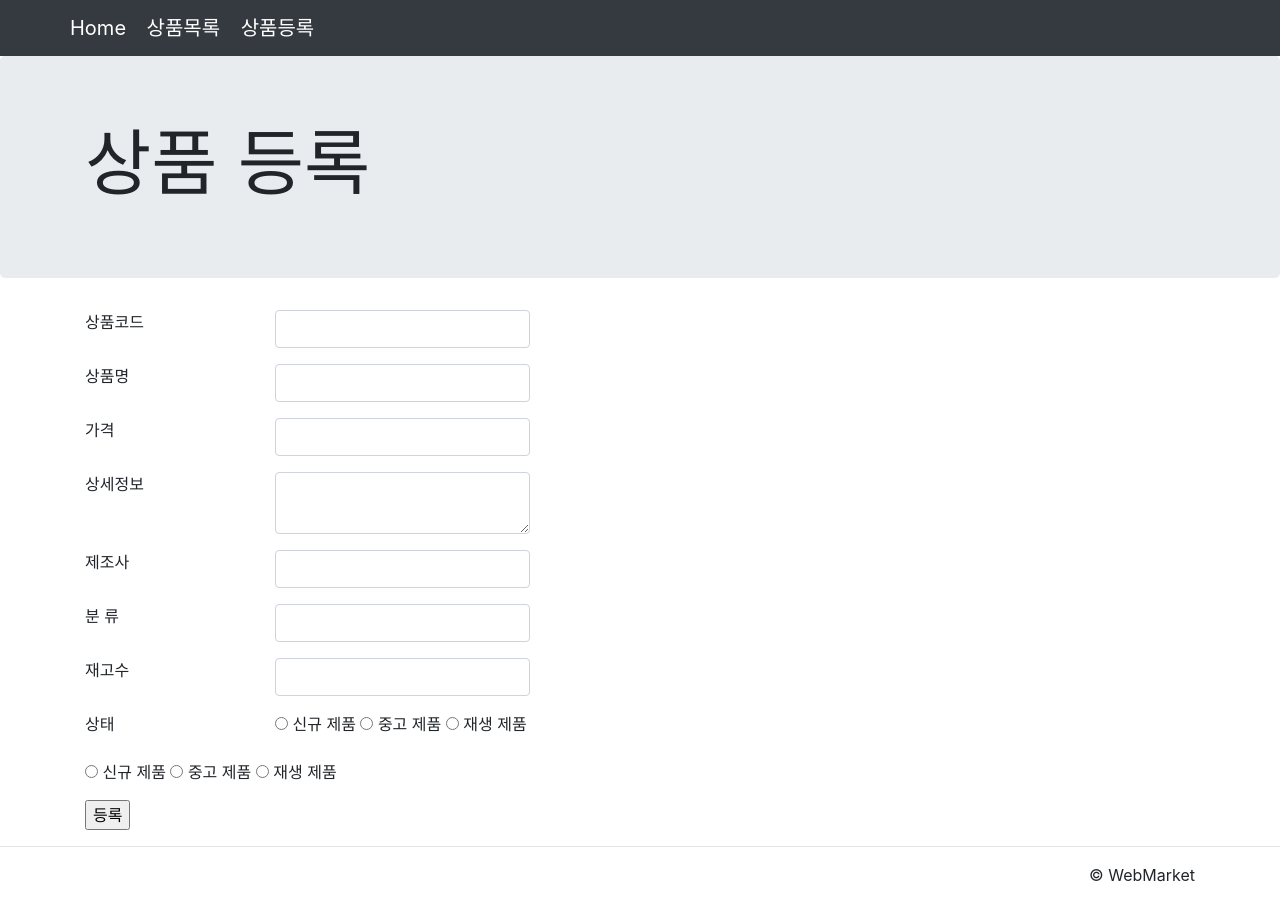
Repository: mi-ci/ai
Page: http://localhost/WebMarket/addProduct.jsp
An editor plug-in stored every save of this project. The page is shown before and after a run of saves, followed by the edit.
The browser window is 1280 px wide. The pictures show the whole page.
The page is served by Tomcat 9.

Above is the page before, as saved 2024-01-19 07:37:34.

After the next 3 saves:
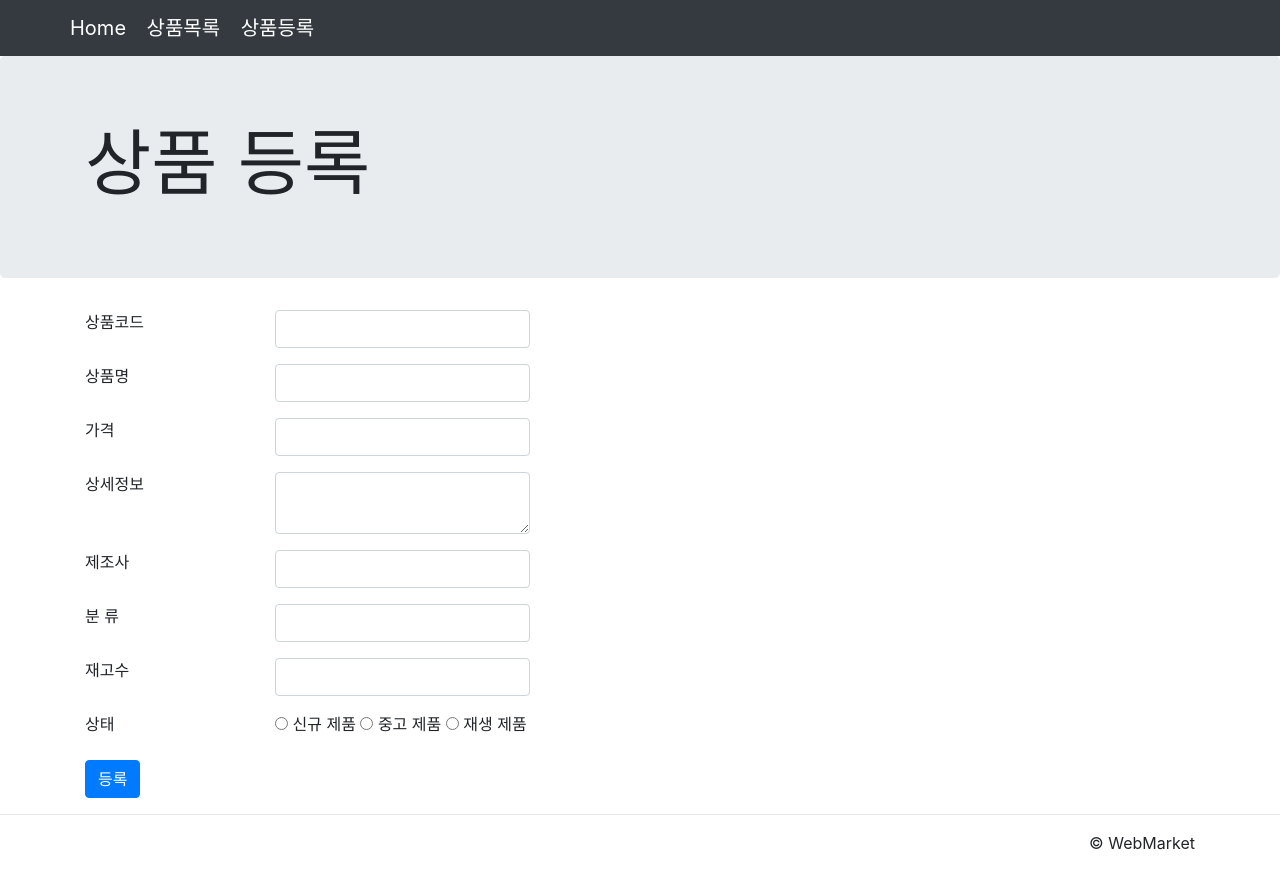
The 3 saves are shown as one change because they came seconds apart.
The last was saved 56 s later.
--- a/WebMarket/src/main/webapp/addProduct.jsp
+++ b/WebMarket/src/main/webapp/addProduct.jsp
@@ -77,14 +77,11 @@
 
 		<div class="form-group row">
 			<div class="col-sm-offset col-sm-10">
-				<input type="radio" name = "condition" value="New"> 신규 제품
-				<input type="radio" name = "condition" value="Old"> 중고 제품
-				<input type="radio" name = "condition" value="Refurbished"> 재생 제품
+				<input type="submit" class = "btn btn-primary" value="등록">
 			</div>
 		</div>
 
 
-		<input type="submit" value="등록">
 		</form>
 
 
